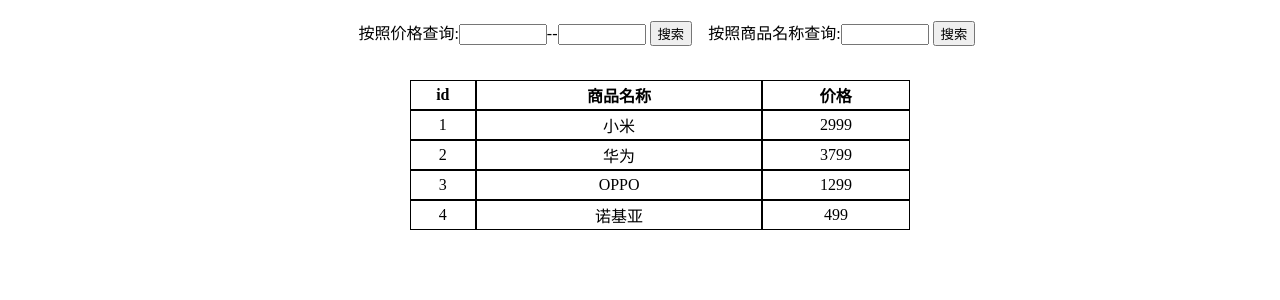
Repository: ldqml/project
Page: jsgaoji/chaxunshangpin.html
The author's editor kept a copy of each file at every save. The page is drawn from the files as they stood at one save, then again after the next save.
The browser window is 1280 px wide. The pictures show the whole page.

Above is the page before, as saved 2022-07-15 19:07:52.

### jsgaoji/chaxunshangpin.html
<!DOCTYPE html>
<html lang="en">
<head>
    <meta charset="UTF-8">
    <meta http-equiv="X-UA-Compatible" content="IE=edge">
    <meta name="viewport" content="width=device-width, initial-scale=1.0">
    <title>Document</title>
    <style type="text/css">
        .sousuo{
            width: 800px;
            height: 50px;
            position: absolute;
            top: 20px;
            left: 28%;
        }
        .sousuo input{
            width: 80px;
            text-align: center;
        }
        table{
            width: 500px;
            position: absolute;
            top: 80px;
            left: 32%;
        }
        tr{
            width: 500px;
            height: 30px;
        }
        th,td{
            border: 1px solid;
            text-align: center;
        }
    </style>
</head>
<body>
    <div class="sousuo">
        按照价格查询:<input type="text" class="start">--<input type="text" class="end">
        <button class="sou">搜索</button>&nbsp;&nbsp;&nbsp; 按照商品名称查询:<input type="text" class="name">
        <button class="suo">搜索</button>
    </div>
    <table cellspacing="0" cellpadding="0" >
        <thead>
            <tr>
                <th>id</th>
                <th>商品名称</th>
                <th>价格</th>
            </tr>
        </thead>
        <tbody>

        </tbody>
    </table>
    <script>
        var data=[{
            id:1,
            pname:'小米',
            price:2999
        },{
            id:2,
            pname:'华为',
            price:3799
        },{
            id:3,
            pname:'OPPO',
            price:1299
        },{
            id:4,
            pname:'诺基亚',
            price:499
        }];
        var tb=document.querySelector('tbody');
        var sou=document.querySelector('.sou');
        var start=document.querySelector('.start');
        var end=document.querySelector('.end');
        setdate(data);

        function setdate(ndate){
            ndate.forEach(function(value){
            var tr=document.createElement('tr');
            tr.innerHTML='<td>'+value.id+'</td>'+'<td>'+value.pname+'</td>'+'<td>'+value.price+'</td>';
            tb.appendChild(tr);
        })
        }

        sou.addEventListener('click',function(){
            var newDate=data.filter(function(value){
                return value.price>=start.value && value.price<=end.value;
            })
            setdate(newDate);
        })
    </script>
</body>
</html>

After the next save:
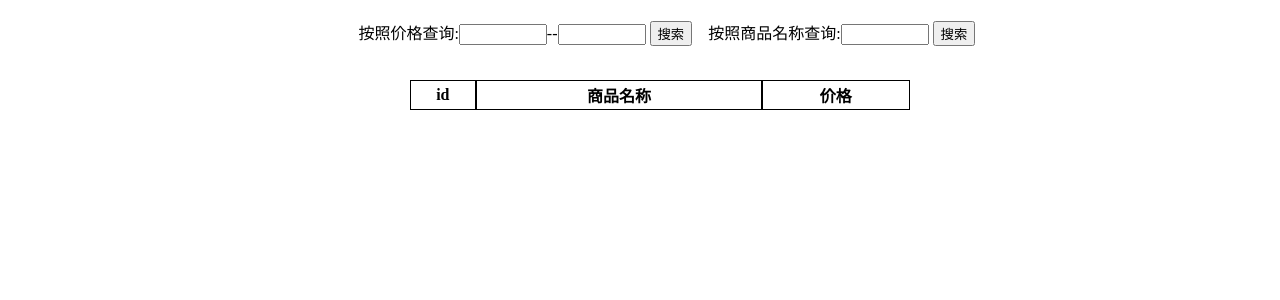
Console error: ReferenceError: tbody is not defined
Saved 78 s later.
--- a/jsgaoji/chaxunshangpin.html
+++ b/jsgaoji/chaxunshangpin.html
@@ -76,6 +76,7 @@
         setdate(data);
 
         function setdate(ndate){
+            tbody.innerHTML ='';
             ndate.forEach(function(value){
             var tr=document.createElement('tr');
             tr.innerHTML='<td>'+value.id+'</td>'+'<td>'+value.pname+'</td>'+'<td>'+value.price+'</td>';

After the 2 saves that followed:
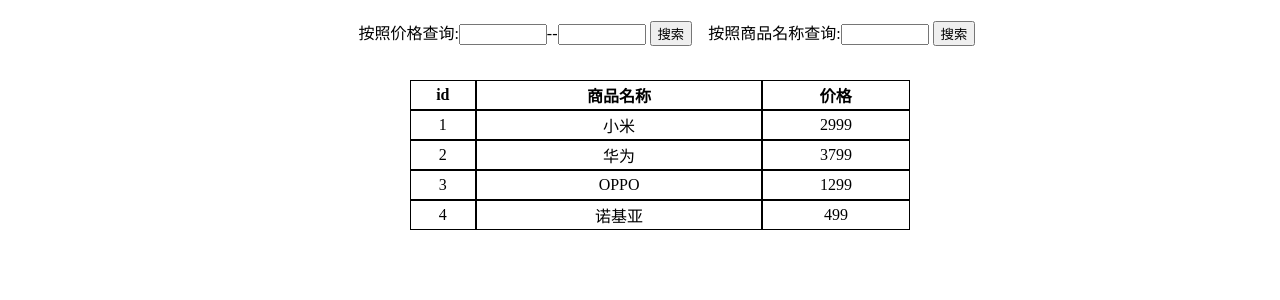
The error is gone.
The 2 saves are shown as one change because 1 left the picture as it was.
The last was saved 3 min 33 s later.
--- a/jsgaoji/chaxunshangpin.html
+++ b/jsgaoji/chaxunshangpin.html
@@ -76,7 +76,7 @@
         setdate(data);
 
         function setdate(ndate){
-            tbody.innerHTML ='';
+            tb.innerHTML ="";
             ndate.forEach(function(value){
             var tr=document.createElement('tr');
             tr.innerHTML='<td>'+value.id+'</td>'+'<td>'+value.pname+'</td>'+'<td>'+value.price+'</td>';
